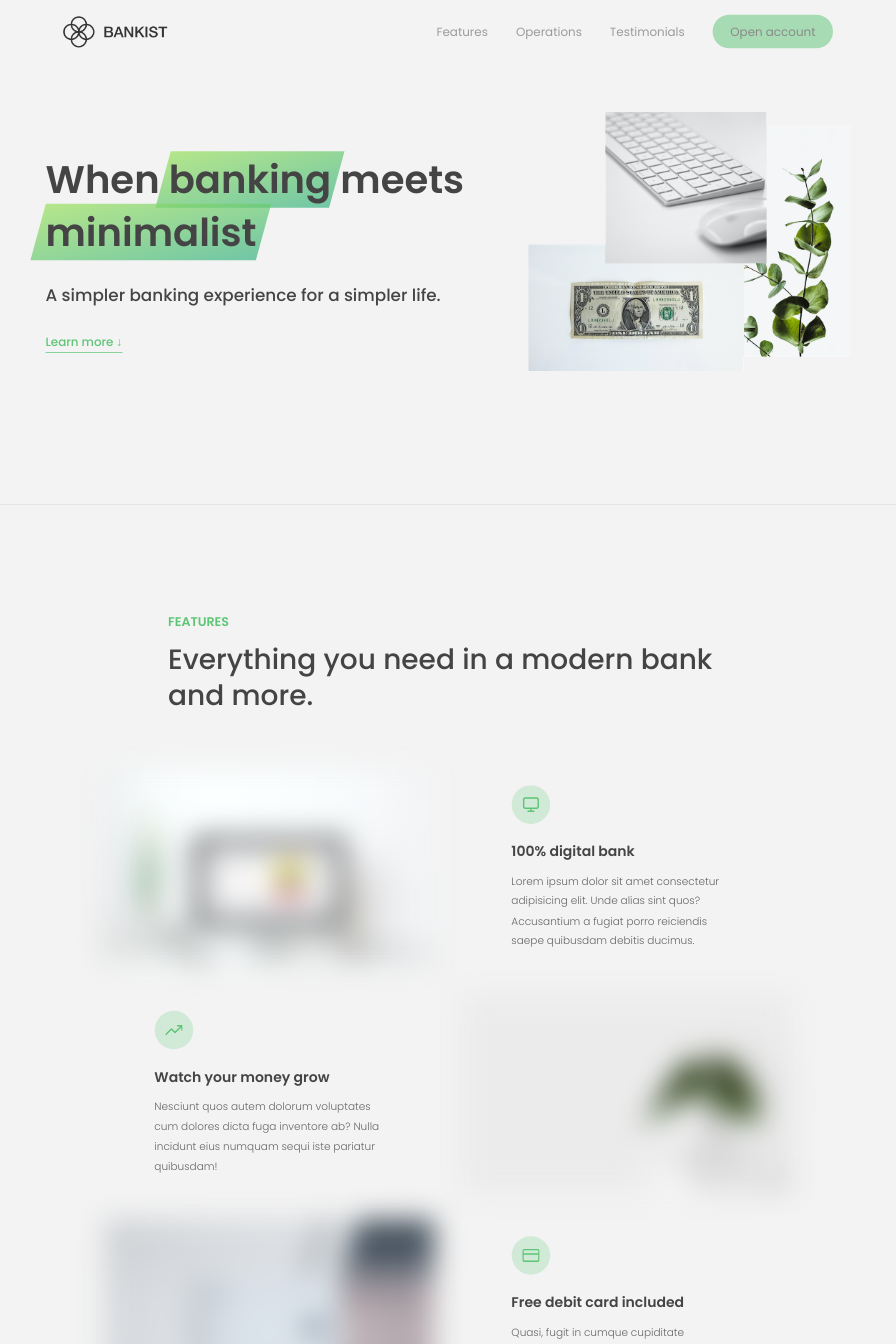
Repository: jiahow99/Javascript-Dom-Udemy
Page: index.html
The author's editor kept a copy of each file at every save. The page is drawn from the files as they stood at one save, then again after the next save.
The browser window is 1280 px wide. The pictures show the part of the page from y = 0 to 1920 px (the page is 4881 px tall), at 70% of full size.
The pointer rests on the first visible `.nav`.

Above is the page before, as saved 2023-02-01 01:08:33.

After the next save:
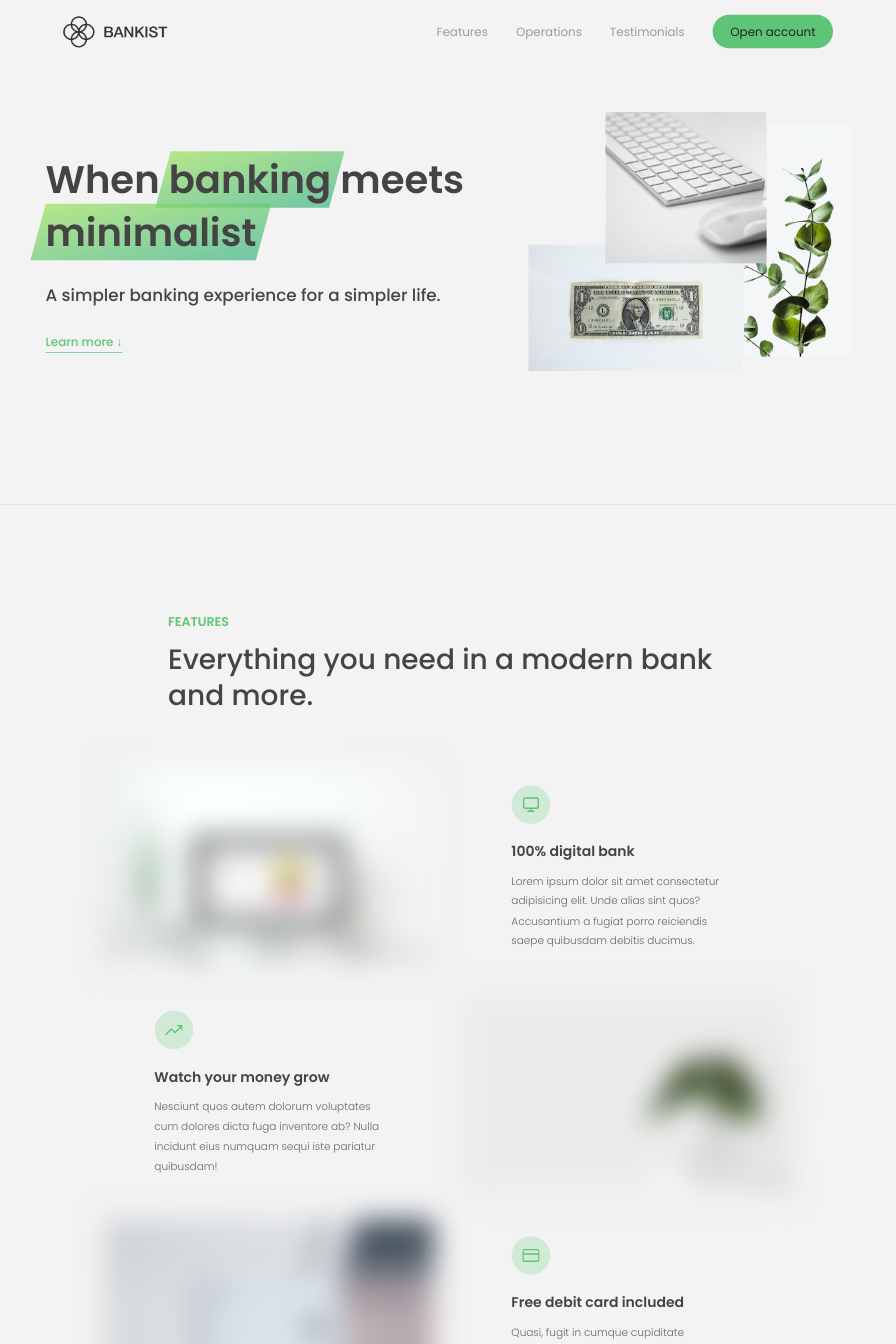
Saved 6 s later.
--- a/style.css
+++ b/style.css
@@ -124,7 +124,7 @@
   z-index: 100;
 }
 
-.nav:hover .nav__item a {
+.nav:hover .nav__item:not(.btn-open-acc) a {
   opacity: 0.5;
 }
 
